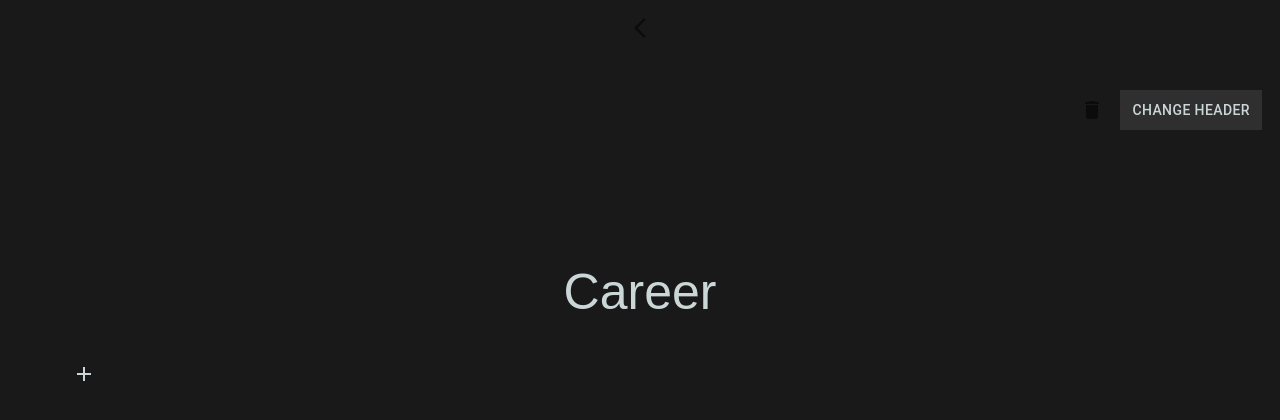
Repository: Armstrong2035/ikigai
Page: /board/bucket/default1 (app in Ikigai/ikigai/)
The author's editor kept a copy of each file at every save. The page is drawn from the files as they stood at one save, then again after the next save.
The browser window is 1280 px wide. The pictures show the whole page.
The project was rebuilt for these pictures with package versions that can differ from the ones it lists, and the page was loaded fresh each time. The framework's server and built-in components were replaced by stand-ins that run in the browser. Also part of the build but not shown: Ikigai/ikigai/next.config.mjs, Ikigai/ikigai/components/board/Buckets/activities/Activity/Title.js, Ikigai/ikigai/components/board/Buckets/activities/Activity/Relationships.js, Ikigai/ikigai/components/board/Buckets/activities/Activity/AddRelationships.js, Ikigai/ikigai/components/board/Buckets/activities/Activity/Tasks/TaskTitle.js, Ikigai/ikigai/components/board/Buckets/activities/Activity/Tasks/Tasks.js, Ikigai/ikigai/components/board/Buckets/activities/Activity/Priority.js, Ikigai/ikigai/components/board/Buckets/activities/Activity/ActivityMenu.js and 6 more.

Above is the page before, as saved 2024-09-02 18:36:44.

### Ikigai/ikigai/src/app/layout.js
export const metadata = {
  title: "Ikigai",
  description:
    "Productivity app for people who juggle several interests and responsibilities",
};

export default function RootLayout({ children }) {
  return (
    <html lang="en">
      <body style={{ backgroundColor: "#191919" }}>{children}</body>
    </html>
  );
}

### Ikigai/ikigai/src/app/board/bucket/[id]/page.js
"use client";

import { useParams } from "next/navigation";
import boardStore from "../../../../../components/board/store";
import Bucket from "../../../../../components/board/Buckets/Bucket/Bucket";

export default function BucketPage() {
  const params = useParams();
  const id = decodeURIComponent(params.id);

  const buckets = boardStore((state) => state.buckets);
  const bucket = buckets.find((bucket) => bucket.id === id);

  console.log("Found bucket:", bucket);

  if (!bucket) {
    return <div>Bucket not found for ID: {id}</div>;
  }

  return <Bucket bucket={bucket} />;
}

### Ikigai/ikigai/components/board/store.js
import { create } from "zustand";
import { persist, createJSONStorage } from "zustand/middleware";

const boardStore = create(
  persist(
    (set) => ({
      buckets: [
        {
          id: "default1",
          title: "Career",
          headerImage: "",
          icon: "",
          color: "",
        },
        {
          id: "default2",
          title: "Learning",
          headerImage: "",
          icon: "",
          color: "",
        },
        {
          id: "default3",
          title: "Extracurriculars",
          headerImage: "",
          icon: "",
          color: "",
        },
      ],

      activities: [],
      tasks: [],
      relationships: [],
      checkedTasks: {},

      addBucket: (newBucket) =>
        set((state) => ({ buckets: [...state.buckets, newBucket] })),

      updateBucketTitle: (bucketId, newTitle) =>
        set((state) => ({
          buckets: state.buckets.map((bucket) =>
            bucket.id === bucketId ? { ...bucket, title: newTitle } : bucket
          ),
        })),

      updateBucketColor: (bucketId, newColor) =>
        set((state) => ({
          buckets: state.buckets.map((bucket) =>
            bucket.id === bucketId ? { ...bucket, color: newColor } : bucket
          ),
        })),

      updateBucketHeader: (bucketId, newHeader) =>
        set((state) => ({
          buckets: state.buckets.map((bucket) =>
            bucket.id === bucketId
              ? { ...bucket, headerImage: newHeader }
              : bucket
          ),
        })),

      addActivity: (bucketId, newActivity) =>
        set((state) => ({
          activities: [...state.activities, newActivity],
        })),

      editActivity: (activityId, updatedActivity) =>
        set((state) => ({
          activities: state.activities.map((activity) =>
            activity.id === activityId
              ? { ...activity, ...updatedActivity }
              : activity
          ),
        })),

      deleteActivity: (activityId) =>
        set((state) => {
          const updatedActivities = state.activities.filter(
            (activity) => activity.id !== activityId
          );
          const updatedTasks = state.tasks.filter(
            (task) => task.activityId !== activityId
          );
          const updatedRelationships = state.relationships.filter(
            (rel) =>
              rel.activity1Id !== activityId && rel.activity2Id !== activityId
          );

          return {
            activities: updatedActivities,
            tasks: updatedTasks,
            relationships: updatedRelationships,
          };
        }),

      addRelationship: (newRelationship) =>
        set((state) => ({
          relationships: [...state.relationships, newRelationship],
        })),

      removeRelationship: (relationshipId) =>
        set((state) => ({
          relationships: state.relationships.filter(
            (rel) => rel.id !== relationshipId
          ),
        })),

      setPriority: (activityId, priority) =>
        set((state) => ({
          activities: state.activities.map((activity) =>
            activity.id === activityId ? { ...activity, priority } : activity
          ),
        })),

      addTask: (newTask) =>
        set((state) => ({
          tasks: [...state.tasks, newTask],
        })),

      editTask: (taskId, updatedTask) =>
        set((state) => ({
          tasks: state.tasks.map((task) =>
            task.id === taskId ? { ...task, ...updatedTask } : task
          ),
        })),

      removeTask: (taskId) =>
        set((state) => ({
          tasks: state.tasks.filter((task) => task.id !== taskId),
        })),

      deleteCompletedTasks: () =>
        set((state) => ({
          tasks: state.tasks.filter((task) => !state.checkedTasks[task.id]),
          checkedTasks: Object.fromEntries(
            Object.entries(state.checkedTasks).filter(
              ([id, checked]) => !checked
            )
          ),
        })),

      toggleTaskCompletion: (taskId) =>
        set((state) => ({
          checkedTasks: {
            ...state.checkedTasks,
            [taskId]: !state.checkedTasks[taskId],
          },
        })),

      deleteBucket: (bucketId) =>
        set((state) => ({
          buckets: state.buckets.filter((bucket) => bucket.id !== bucketId),
        })),
    }),
    {
      name: "board-storage",
      storage: createJSONStorage(() => localStorage),
    }
  )
);

export default boardStore;

### Ikigai/ikigai/components/board/Buckets/Bucket/Bucket.js
import React from "react";
import Activities from "../activities/Activities";
import BucketHeader from "./BucketHeader/BucketHeader";
import boardStore from "../../store";
import BucketTitle from "./BucketTitle/BucketTitle";
import { IconButton, Stack } from "@mui/material";
import ArrowBackIosNewIcon from "@mui/icons-material/ArrowBackIosNew";
import Link from "next/link";

export default function Bucket({ bucket }) {
  const updateBucketHeader = boardStore((state) => state.updateBucketHeader);

  return (
    <div style={{ overflow: "hidden" }}>
      <Stack justifyContent={"center"} alignItems={"center"} spacing={4}>
        <Link href={`/board`}>
          <IconButton>
            <ArrowBackIosNewIcon />
          </IconButton>
        </Link>

        <BucketHeader bucket={bucket} />
        <BucketTitle bucket={bucket} />
        <Activities bucket={bucket} />
      </Stack>
    </div>
  );
}

### Ikigai/ikigai/components/board/Buckets/activities/Activities.js
import React from "react";
import { IconButton, Typography, Stack, Grid, Container } from "@mui/material";
import AddIcon from "@mui/icons-material/Add";
import boardStore from "../../store";
import Activity from "./Activity/Activity";
import AddActivity from "./AddActivity";
import Masonry from "@mui/lab/Masonry";

export default function Activities({ bucket }) {
  const activities = boardStore((state) => state.activities);

  const activitiesToRender = activities.filter(
    (activity) => activity.bucketId === bucket.id
  );
  console.log(activities);

  return (
    <>
      <Container sx={{ overflow: "hidden" }}>
        <AddActivity bucketId={bucket.id} />
        <Stack alignItems={"center"}>
          <Masonry columns={{ xs: 1, sm: 2, md: 3 }} spacing={5}>
            {activitiesToRender.map((activity) => (
              <Activity
                key={activity.id}
                bucketId={bucket.id}
                activity={activity}
                bucket={bucket}
              />
            ))}
          </Masonry>
        </Stack>
        {/* <Grid container direction={"row"} spacing={5}>
          {activitiesToRender.map((activity) => (
            <Grid item lg={4} sm={4} key={activity.id}>
              <Activity
                key={activity.id}
                bucketId={bucket.id}
                activity={activity}
                bucket={bucket}
              />
            </Grid>
          ))}
        </Grid> */}
      </Container>
    </>
  );
}

### Ikigai/ikigai/components/board/Buckets/Bucket/BucketHeader/BucketHeader.js
import React, { useState } from "react";
import {
  Button,
  Dialog,
  DialogActions,
  DialogContent,
  DialogContentText,
  DialogTitle,
  IconButton,
  Box,
} from "@mui/material";
import HeaderSelectionModal from "./Images/HeaderSelectionModal";
import DeleteIcon from "@mui/icons-material/Delete";
import boardStore from "../../../store";
import Link from "next/link";

export default function BucketHeader({ bucket, onHeaderChange }) {
  const [isModalOpen, setIsModalOpen] = useState(false);

  const deleteBucket = boardStore((state) => state.deleteBucket);

  const openModal = () => setIsModalOpen(true);
  const closeModal = () => setIsModalOpen(false);

  return (
    <Box
      sx={{
        backgroundImage: bucket.headerImage.startsWith("linear-gradient")
          ? bucket.headerImage
          : `url(${bucket.headerImage})`,
        backgroundSize: "cover",
        backgroundPosition: "center",
        backgroundRepeat: "no-repeat",
        width: "100%",
        height: { xs: "100px", sm: "150px" }, // Adjust height for smaller screens
        position: "relative",
      }}
    >
      <Box
        sx={{
          position: "absolute",
          top: "10px",
          right: "10px",
          display: "flex",
          gap: 1, // Space between buttons
        }}
      >
        <Link href="/board">
          <IconButton onClick={() => deleteBucket(bucket.id)}>
            <DeleteIcon />
          </IconButton>
        </Link>
        <Button
          onClick={openModal}
          sx={{
            backgroundColor: "#2F2F2F",
            color: "#CBD6D6",
            borderRadius: "0px",
            padding: { xs: "4px 8px", sm: "6px 12px" }, // Adjust padding for smaller screens
            fontSize: { xs: "0.75rem", sm: "0.875rem" }, // Responsive font size
            "&:hover": {
              backgroundColor: "#2F2F2F", // Same hover color as the original
            },
            color: "#CBD6D6",
          }}
        >
          Change Header
        </Button>
      </Box>

      <Dialog
        open={isModalOpen}
        onClose={closeModal}
        maxWidth="lg"
        fullWidth
        sx={{
          "& .MuiDialog-paper": {
            width: { xs: "100%", sm: "80%" }, // Adjust dialog width for smaller screens
            maxHeight: "90vh", // Prevent the dialog from exceeding viewport height
            backgroundColor: "#191919",
            border: "1px solid white",
          },
        }}
      >
        <DialogTitle sx={{ color: "#CBD6D6" }}>Select Header Image</DialogTitle>
        <DialogContent>
          <HeaderSelectionModal bucket={bucket} />
        </DialogContent>
      </Dialog>
    </Box>
  );
}

### Ikigai/ikigai/components/board/Buckets/Bucket/BucketTitle/BucketTitle.js
"use client";
import React, { useState, useEffect } from "react"; // Added useEffect
import { useStore } from "zustand";
import boardStore from "../../../store";

export default function BucketTitle({ bucketId, bucket }) {
  const [title, setTitle] = useState(bucket.title);
  const updateBucketTitle = useStore(
    boardStore,
    (state) => state.updateBucketTitle
  );

  const handleTitleChange = (e) => {
    const newTitle = e.target.value;
    setTitle(newTitle);
    updateBucketTitle(bucket.id, newTitle); // Use newTitle instead of title
  };

  console.log(bucket);

  return (
    <>
      <input
        type="text"
        required
        value={title}
        onChange={handleTitleChange}
        placeholder={title}
        style={{
          border: "none",
          color: "#CBD6D6",
          backgroundColor: "#191919",
          fontSize: "50px",
          textAlign: "center",
        }}
      />
    </>
  );
}

### Ikigai/ikigai/components/board/Buckets/activities/AddActivity.js
"use client";
import React from "react";
import { useStore } from "zustand";
import { IconButton } from "@mui/material";
import AddIcon from "@mui/icons-material/Add";
import boardStore from "../../store";

export default function AddActivity({ bucketId }) {
  const addActivity = boardStore((state) => state.addActivity);

  const handleAddBucket = () => {
    const newActivity = {
      id: Date.now(),
      bucketId: bucketId,
      title: "New Activity",
      priority: ["high", "medium", "low"],
      tasks: [],
      relationships: [],
      stats: [],
    };
    addActivity(bucketId, newActivity);
  };

  return (
    <IconButton onClick={handleAddBucket}>
      <AddIcon sx={{ color: "#CBD6D6" }} />
    </IconButton>
  );
}

After the next save:
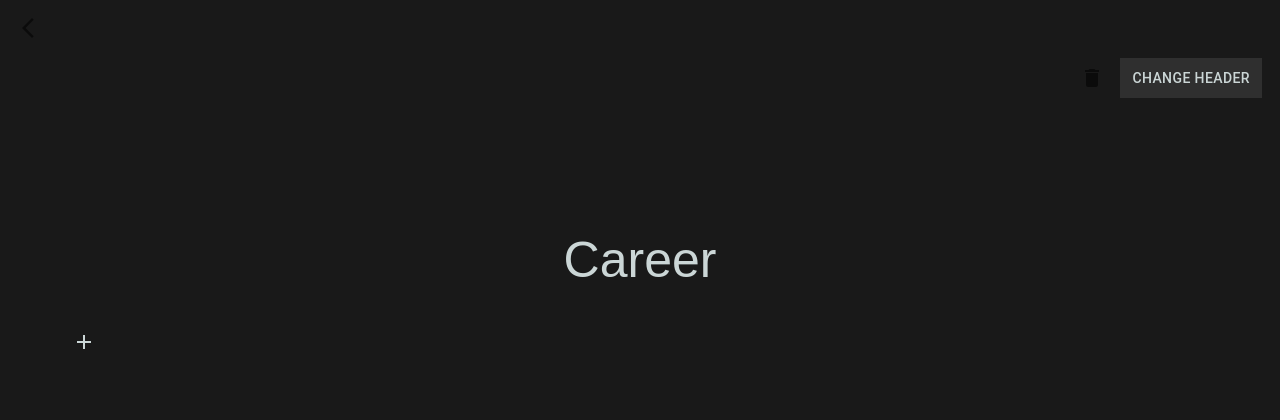
Saved 34 s later.
--- a/Ikigai/ikigai/components/board/Buckets/Bucket/Bucket.js
+++ b/Ikigai/ikigai/components/board/Buckets/Bucket/Bucket.js
@@ -12,13 +12,12 @@ export default function Bucket({ bucket }) {
 
   return (
     <div style={{ overflow: "hidden" }}>
+      <Link href={`/board`}>
+        <IconButton>
+          <ArrowBackIosNewIcon />
+        </IconButton>
+      </Link>
       <Stack justifyContent={"center"} alignItems={"center"} spacing={4}>
-        <Link href={`/board`}>
-          <IconButton>
-            <ArrowBackIosNewIcon />
-          </IconButton>
-        </Link>
-
         <BucketHeader bucket={bucket} />
         <BucketTitle bucket={bucket} />
         <Activities bucket={bucket} />
